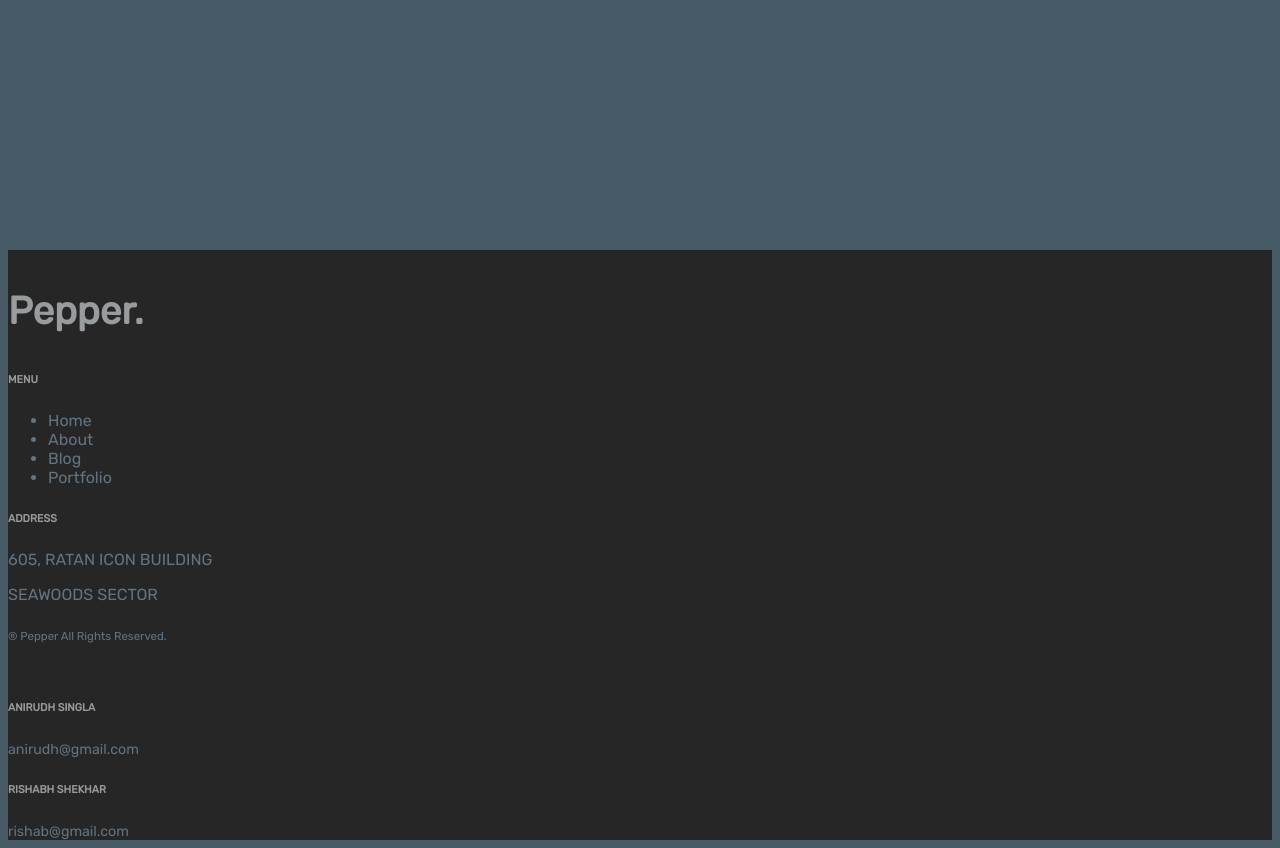
Repository: Yasmeen198/The_Project
Page: http://localhost/Shopify_Frontend/WEB-INF/views/footer.jsp
These files come from the project's save history. The page is drawn as it stood at one moment and after the next save; the edit follows.
The browser window is 1280 px wide. The pictures show the whole page.
Some web libraries are served in a nearby version. The page is served by Tomcat 9. Nobody is signed in. Other server files are loaded and not shown. The template is opened directly, without the code that normally fills it, so the values that code supplies are empty.

Above is the page before, as saved 2021-05-23 09:20:01.
Console error: TypeError: Cannot read properties of undefined (reading 'fn')

### Shopify_Frontend/src/main/webapp/WEB-INF/views/footer.jsp
<!DOCTYPE html>
<html lang="en">
<head>
  <title>Bootstrap 4 Footer with Social icons</title>
  <meta charset="utf-8">
  <meta name="viewport" content="width=device-width, initial-scale=1">
  <link href='https://stackpath.bootstrapcdn.com/bootstrap/4.3.1/css/bootstrap.min.css'>
  <script src='https://stackpath.bootstrapcdn.com/bootstrap/4.3.1/js/bootstrap.bundle.min.js'></script>
  <link href='https://cdnjs.cloudflare.com/ajax/libs/font-awesome/4.7.0/css/font-awesome.min.css'>
  <script src='https://cdnjs.cloudflare.com/ajax/libs/jquery/3.2.1/jquery.min.js'></script>
   <style type="text/css">

 @import url('https://fonts.googleapis.com/css?family=Rubik&display=swap');

 body {
     background: linear-gradient(0deg, #fff, 50%, #DEEEFE);
     font-family: 'Rubik', sans-serif;
     background: #455A64;
     height: 100 !important
 }

 .container-fluid {
     overflow: hidden;
     margin-top: 250px;
     background: #262626;
     color: #627482 !important;
     margin-bottom: 0;
     padding-bottom: 0
 }

 small {
     font-size: calc(12px + (15 - 12) * ((100vw - 360px) / (1600 - 360))) !important
 }

 .bold-text {
     color: #989c9e !important
 }

 .mt-55 {
     margin-top: calc(50px + (60 - 50) * ((100vw - 360px) / (1600 - 360))) !important
 }

 h3 {
     font-size: calc(34px + (40 - 34) * ((100vw - 360px) / (1600 - 360))) !important
 }

 .social {
     font-size: 21px !important
 }

 .rights {
     font-size: calc(10px + (12 - 10) * ((100vw - 360px) / (1600 - 360))) !important
 }
   </style>
</head>
<body>
 <div class="container-fluid pb-0 mb-0 justify-content-center text-light ">
     <footer>
         <div class="row my-5 justify-content-center py-5">
             <div class="col-11">
                 <div class="row ">
                     <div class="col-xl-8 col-md-4 col-sm-4 col-12 my-auto mx-auto a">
                         <h3 class="text-muted mb-md-0 mb-5 bold-text">Pepper.</h3>
                     </div>
                     <div class="col-xl-2 col-md-4 col-sm-4 col-12">
                         <h6 class="mb-3 mb-lg-4 bold-text "><b>MENU</b></h6>
                         <ul class="list-unstyled">
                             <li>Home</li>
                             <li>About</li>
                             <li>Blog</li>
                             <li>Portfolio</li>
                         </ul>
                     </div>
                     <div class="col-xl-2 col-md-4 col-sm-4 col-12">
                         <h6 class="mb-3 mb-lg-4 text-muted bold-text mt-sm-0 mt-5"><b>ADDRESS</b></h6>
                         <p class="mb-1">605, RATAN ICON BUILDING</p>
                         <p>SEAWOODS SECTOR</p>
                     </div>
                 </div>
                 <div class="row ">
                     <div class="col-xl-8 col-md-4 col-sm-4 col-auto my-md-0 mt-5 order-sm-1 order-3 align-self-end">
                         <p class="social text-muted mb-0 pb-0 bold-text"> <span class="mx-2"><i class="fa fa-facebook" aria-hidden="true"></i></span> <span class="mx-2"><i class="fa fa-linkedin-square" aria-hidden="true"></i></span> <span class="mx-2"><i class="fa fa-twitter" aria-hidden="true"></i></span> <span class="mx-2"><i class="fa fa-instagram" aria-hidden="true"></i></span> </p><small class="rights"><span>&#174;</span> Pepper All Rights Reserved.</small>
                     </div>
                     <div class="col-xl-2 col-md-4 col-sm-4 col-auto order-1 align-self-end ">
                         <h6 class="mt-55 mt-2 text-muted bold-text"><b>ANIRUDH SINGLA</b></h6><small> <span><i class="fa fa-envelope" aria-hidden="true"></i></span> anirudh@gmail.com</small>
                     </div>
                     <div class="col-xl-2 col-md-4 col-sm-4 col-auto order-2 align-self-end mt-3 ">
                         <h6 class="text-muted bold-text"><b>RISHABH SHEKHAR</b></h6><small><span><i class="fa fa-envelope" aria-hidden="true"></i></span> rishab@gmail.com</small>
                     </div>
                 </div>
             </div>
         </div>
     </footer>
 </div>
  </body>
</html>

After the next save:
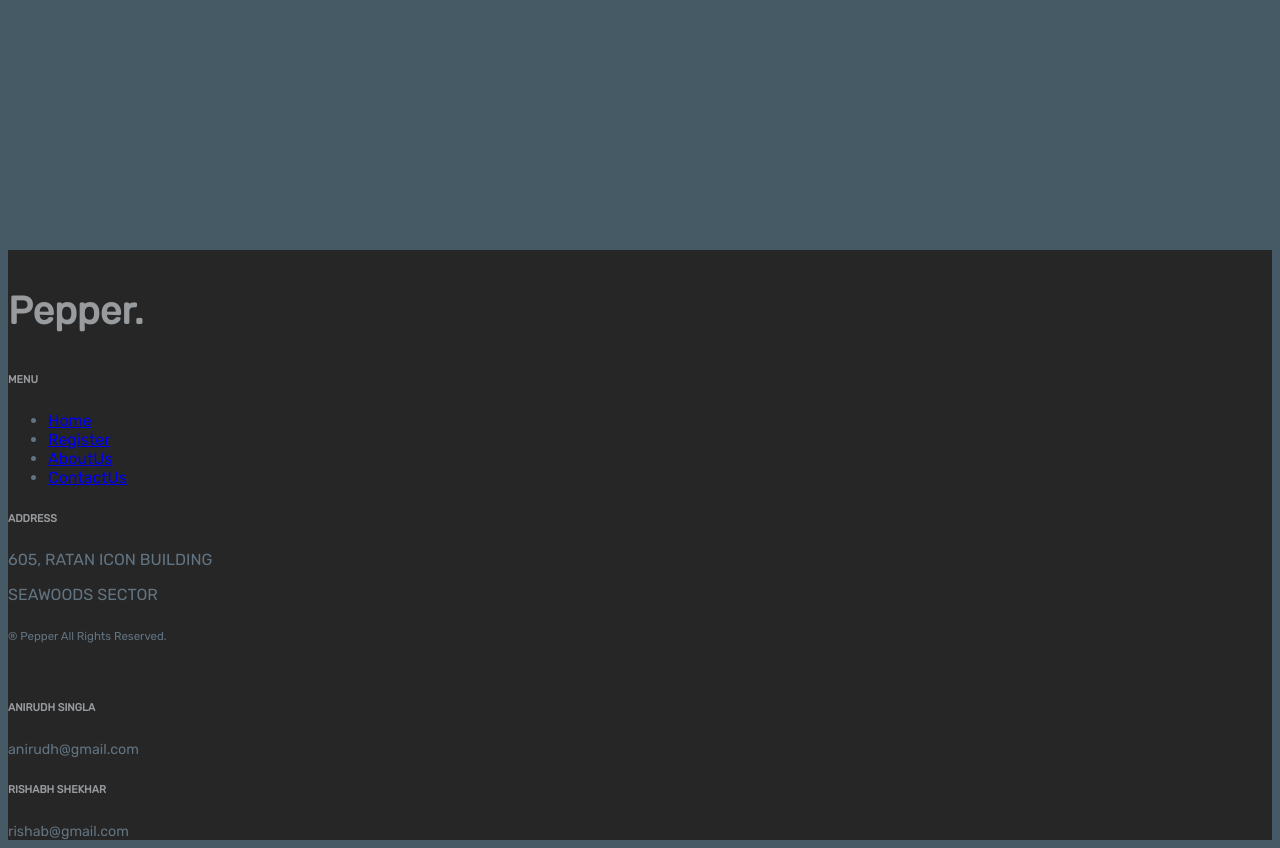
Saved 2 min 56 s later.
--- a/Shopify_Frontend/src/main/webapp/WEB-INF/views/footer.jsp
+++ b/Shopify_Frontend/src/main/webapp/WEB-INF/views/footer.jsp
@@ -65,10 +65,10 @@
                      <div class="col-xl-2 col-md-4 col-sm-4 col-12">
                          <h6 class="mb-3 mb-lg-4 bold-text "><b>MENU</b></h6>
                          <ul class="list-unstyled">
-                             <li>Home</li>
-                             <li>About</li>
-                             <li>Blog</li>
-                             <li>Portfolio</li>
+                             <li><a class="active" href="index">Home</a></li>
+                             <li><a href="register">Register</a></li>
+                             <li><a href="aboutUs">AboutUs</a></li>
+                             <li><a href="contact">ContactUs</a></li>
                          </ul>
                      </div>
                      <div class="col-xl-2 col-md-4 col-sm-4 col-12">
